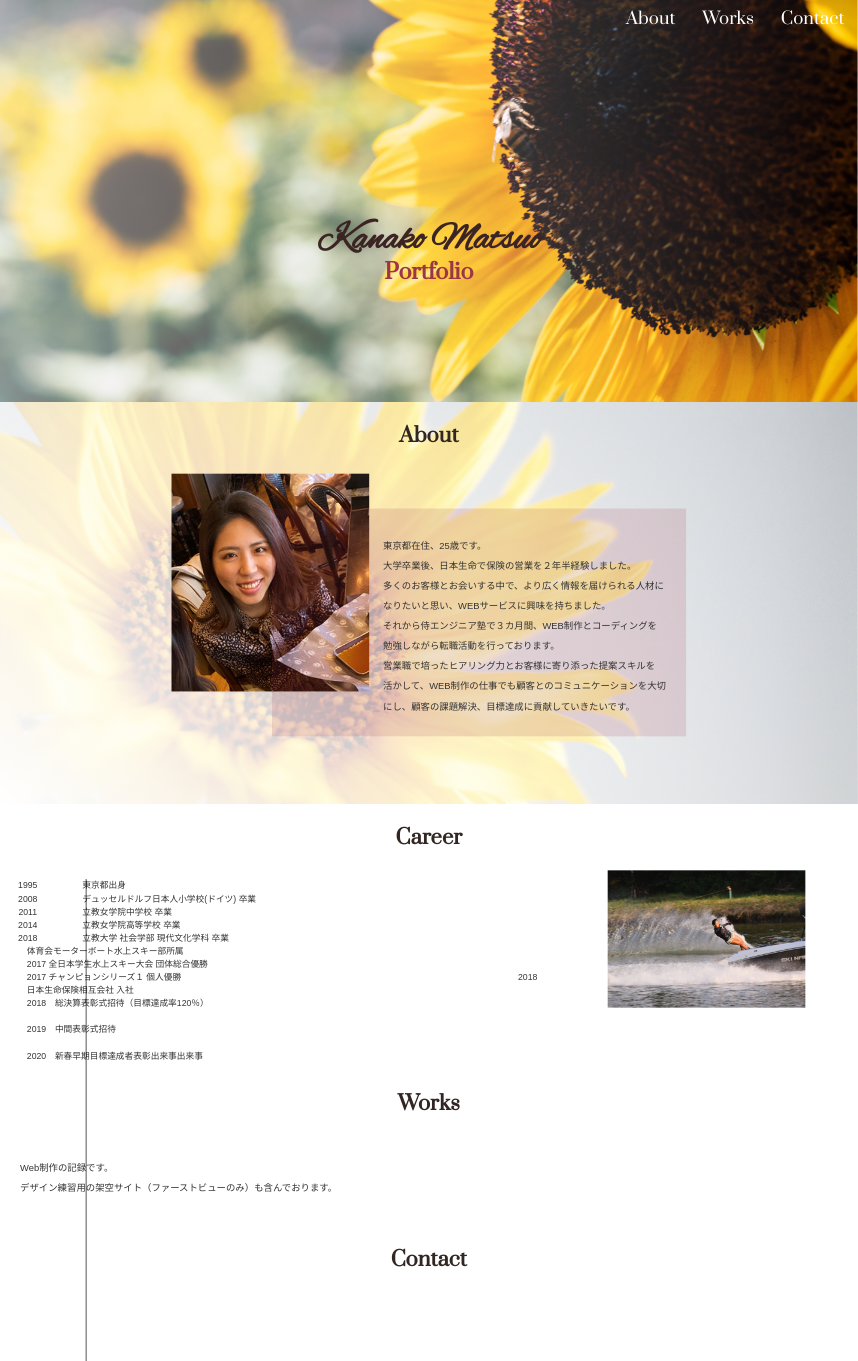
Repository: KanakoMatsuo/Portfolio
Page: index.html
The author's editor kept a record of every edit. The page is drawn from the files as they stood at one moment, then again after the next edit.
The browser window is 1280 px wide. The pictures show the whole page, at 67% of full size.

Above is the page before.

### index.html
<!DOCTYPE html>
<html lang="ja">
    <head>
        <meta charset="UTF-8">
        <title>Kanako Matsuo ポートフォリオ</title>
        <link href="https://fonts.googleapis.com/css2?family=Alex+Brush&family=Prata&display=swap" rel="stylesheet">
        <link rel="stylesheet" href="Portfolio.css">
    </head>
    <body>
        <header>
            <nav>
                <ul>
                    <li>About</li>
                    <li>Works</li>
                    <li>Contact</li>
                </ul>
            </nav>
            <h1>
                <span class="A">Kanako Matsuo</span><br>
                <span class="B">Portfolio</span>
            </h1>
        </header>
        <section class="About">
            <h2>
                About
            </h2>
            <div>
            <img class="myphoto" src="./images/image0.jpg">
            <p>
                東京都在住、25歳です。<br>大学卒業後、日本生命で保険の営業を２年半経験しました。<br>
                多くのお客様とお会いする中で、より広く情報を届けられる人材に
                なりたいと思い、WEBサービスに興味を持ちました。<br>
                それから侍エンジニア塾で３カ月間、WEB制作とコーディングを勉強しながら転職活動を行っております。<br>
                営業職で培ったヒアリング力とお客様に寄り添った提案スキルを
                活かして、WEB制作の仕事でも顧客とのコミュニケーションを大切にし、顧客の課題解決、目標達成に貢献していきたいです。
            </p>
            </div>
        </section>
        <section class="Career">
            <h2>
                Career
            </h2>
            <div>
            <dt></dt>
            <dl class="history">
                <dt>1995</dt> <dd>東京都出身</dd>
                <dt>2008</dt> <dd>デュッセルドルフ日本人小学校(ドイツ) 卒業</dd>
                <dt>2011</dt> <dd>立教女学院中学校 卒業</dd>
                <dt>2014</dt> <dd>立教女学院高等学校 卒業</dd>
                <dt>2018</dt> <dd>立教大学 社会学部 現代文化学科 卒業</dd>
                              <dd>体育会モーターボート水上スキー部所属</dd>
                              <dd>2017 全日本学生水上スキー大会 団体総合優勝</dd>
                              <dd>2017 チャンピョンシリーズ１ 個人優勝</dd>
                <dt>2018</dt> <dd>日本生命保険相互会社 入社</dd>
                              <dd>2018　総決算表彰式招待（目標達成率120％）</dd>
　　　　　　　　　            <dd>2019　中間表彰式招待</dd>
　　　　　　　　　            <dd>2020　新春早期目標達成者表彰出来事出来事</dd>
　　　　　　</dl>
　　　　　　<img class="waterski" src="./images/waterski.JPG">
　　　　　　</div>
        </section>
        <section class="Works">
            <h2>
                Works
            </h2>
            <p>Web制作の記録です。<br>
               デザイン練習用の架空サイト（ファーストビューのみ）も含んでおります。
            </p>
            <ul>
                <li></li>
                <li></li>
                <li></li>
            </ul>
        </section>
        <section class="Contact">
            <h2>
                Contact
            </h2>
        </section>
    </body>
</html>

### Portfolio.css
@charset "utf-8";

body {
	margin: 0;
	padding: 0;
	font-family: "ヒラギノ角ゴ Pro W3", "Hiragino Kaku Gothic Pro", "メイリオ", Meiryo, Osaka, "ＭＳ Ｐゴシック", "MS PGothic", sans-serif;
	color: #333;
	font-size: 13px;
	line-height: 150%;
}

header {
  background:
   linear-gradient(90deg, rgba(255,255,255,0.5), rgba(255,255,255, 0.001)) center/cover no-repeat,
   url("./images/richard-rivas-hyWiznXNF1A-unsplash.jpg") center/cover no-repeat;
  height: 600px;
  overflow: hidden;
}

ul {
  display: flex;
  justify-content: flex-end;
}

li {
  color: #ffffff;
  font-size: 18px;
  list-style: none;
  /*font-family: 'Alex Brush', cursive;*/
  font-family: 'Prata', serif;
  margin-right: 40px;
}

li:last-child {
  margin-right: 20px;
}

header h1 {
  text-align: center;
  position: absolute;
  top: 50%;
  width: 100%;
  left: 50%;
  transform: translate(-50%, -50%);
}

.A {
  line-height: 60px;
  color:#3b2424;
  font-size:56px;
  font-family:'Alex Brush';
  justify-content:center;
}

.B {
  line-height: 36px;
  color:#9d3448;
  font-size:32px;
  font-family:'Prata', serif;
}

h2 {
  color: #312622;
  font-size:20px;
  font-family: 'Prata', serif;
  text-align:center;
  padding-top:15px;
  padding-bottom:15px;
}

p {
  font-size:12px;
  padding:30px;
}

.myphoto {
 width:50%;
 height:50%;
 display:block;
 margin:auto;
}

.About {
  /*background:url("./images/background.jpg") center/cover no-repeat;*/
  background:
    linear-gradient(45deg, rgba(255,255,255,1), rgba(255,255,255, 0.3)) center/cover no-repeat,
    url("./images/background.jpg") center/cover no-repeat;
  height: 600px;
  overflow: hidden;
}
.About p{
  background:#9d3448;
  background: rgba(152,52, 72, 0.15);
  padding-top:110px;
  margin-top:-100px;
}

@media screen and (min-width:979px) {
  li{
    font-size:25px;
    line-height:30px;
  }
  h2{
    font-size:30px;
  }
  p{
    font-size:14px;
    line-height:30px;
  }
  .myphoto {
 width:295px;
 height:325px;
  }
  .About div{
    display:flex;
    margin:0 20%;
  }
  .About p {
   padding-top: 40px;
    margin-top: 60px;
    margin-bottom: -60px;
    padding-left: 166px;
    margin-left: -145px;
  }
  .Career div{
    display:flex;
  }
  .waterski {
 width:295px;
 height:205px;
  }
}

.Career {
  background:#11111;

}
.history {
  display: flex;
  flex-wrap: wrap;
}

.history dt {
  width: 10%;
  text-align: center;
}

.history dd {
  width: calc(90% - 40px);
  text-align: left;
  margin : 0;
  margin-left: 40px;
}

.history dd.indent1 {
  width: calc(90% - 60px);
  margin-left: 60px;
}


.history:before {
height: 100%;
left: 10%;
position: absolute;
display: block;
content: "";
border-left: 1px solid black;
}


section.about .career .history dt { width: 30%;
min-height: 24px;
}
section.about .career .history dd { margin: 0;
margin: 0;
 width: 70%; 14 }
 {source.txt}


/* -------------------- wrapper -------------------- */
#wrapper {
    width: 100%;
    margin: auto;
    padding: 0px;
    border: 0px;
    background-color: #FFF;
    top: 10px;
}

After the next edit:
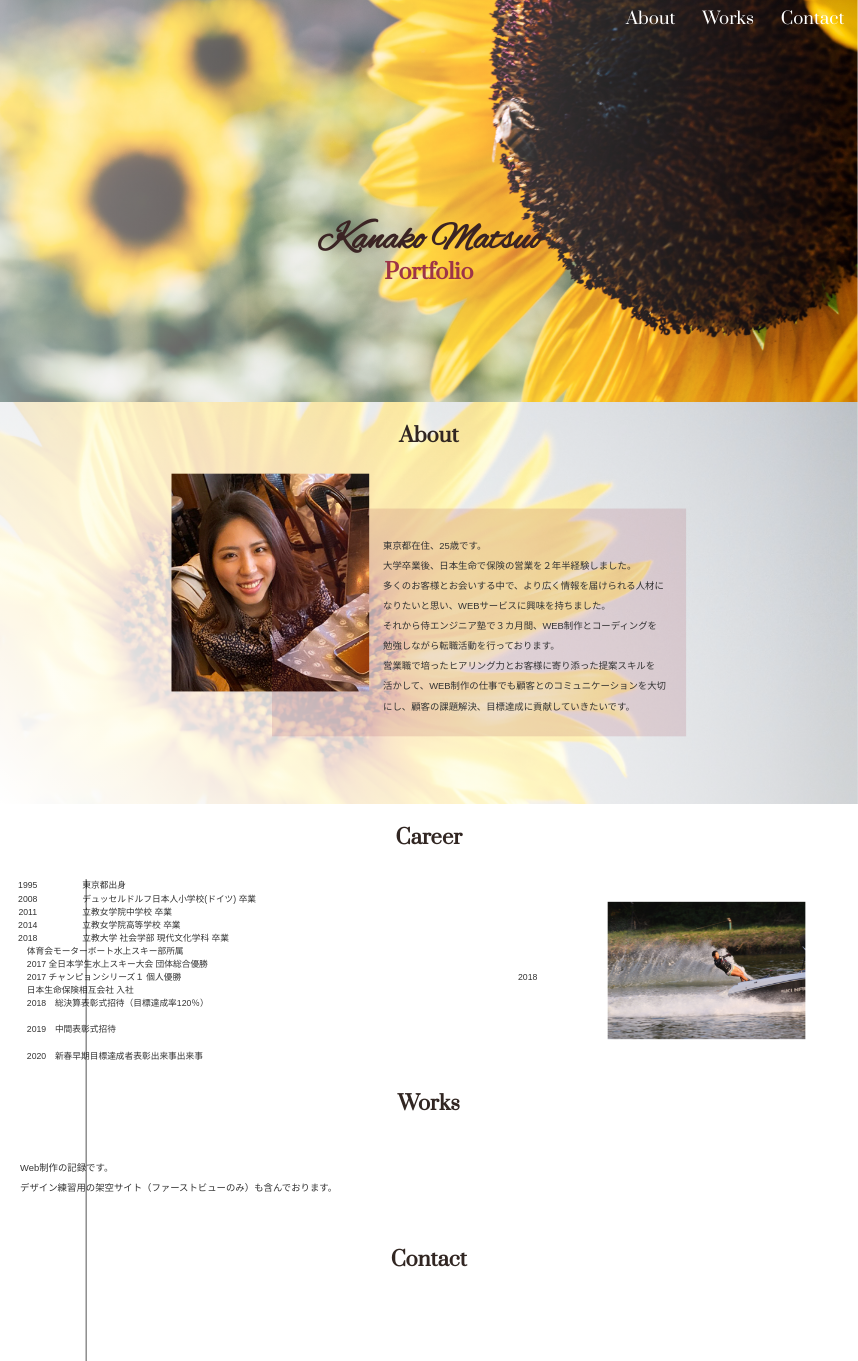
The edit:
--- a/Portfolio.css
+++ b/Portfolio.css
@@ -94,6 +94,12 @@
   padding-top:110px;
   margin-top:-100px;
 }
+.waterski {
+ width:70%;
+ height:70%;
+ display:block;
+ margin:auto;
+}
 
 @media screen and (min-width:979px) {
   li{
